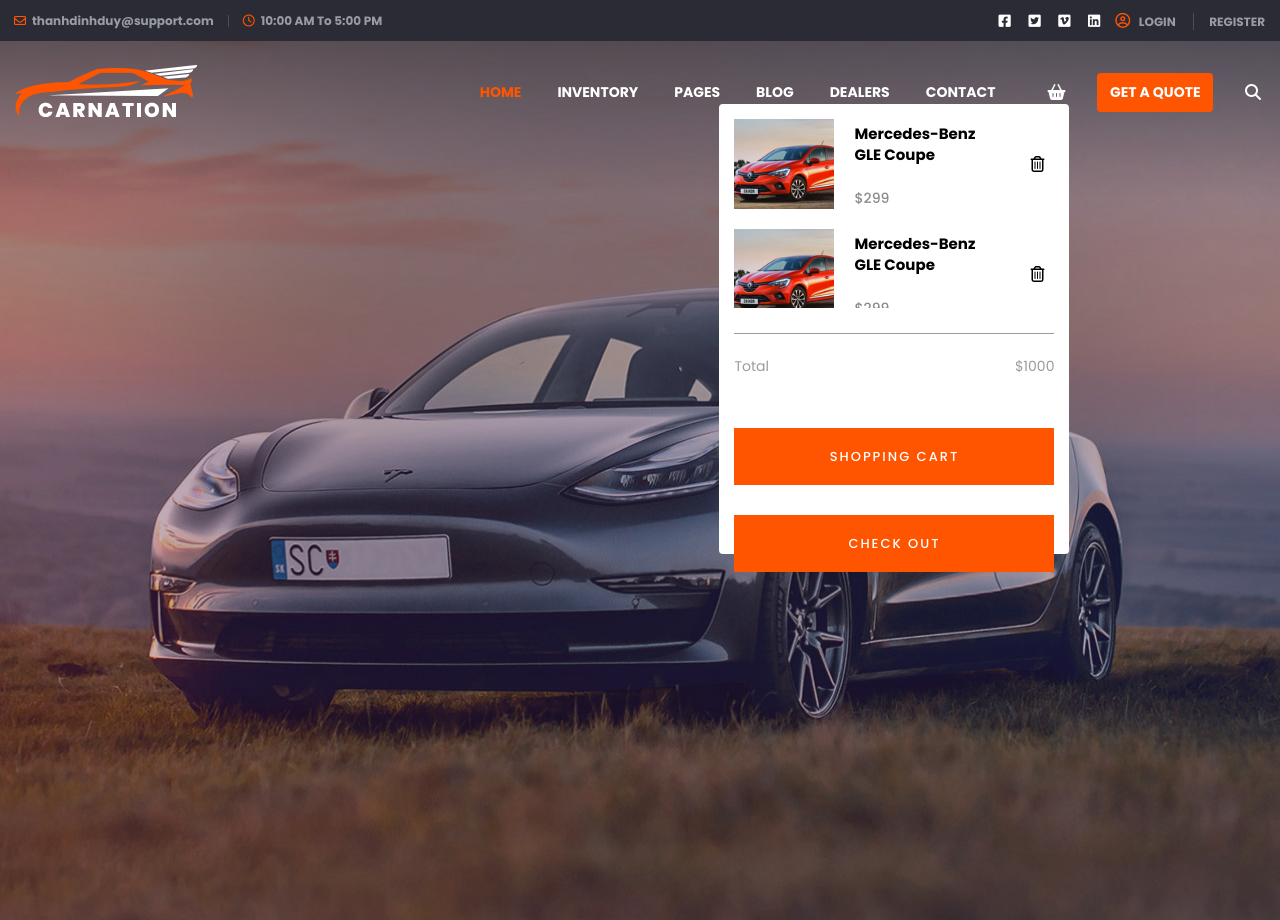
Repository: thanhdinh01/shopcar
Page: index.html
These files come from the project's save history. The page is drawn as it stood at one moment and after the next save; the edit follows.
The browser window is 1280 px wide. The pictures show the whole page.
Some web libraries are served in a nearby version. The style sheet was rebuilt from its Sass, Less or Tailwind sources for each picture, by a compiler version that may differ from the author's.

Above is the page before, as saved 2022-08-10 21:19:46.

After the next save:
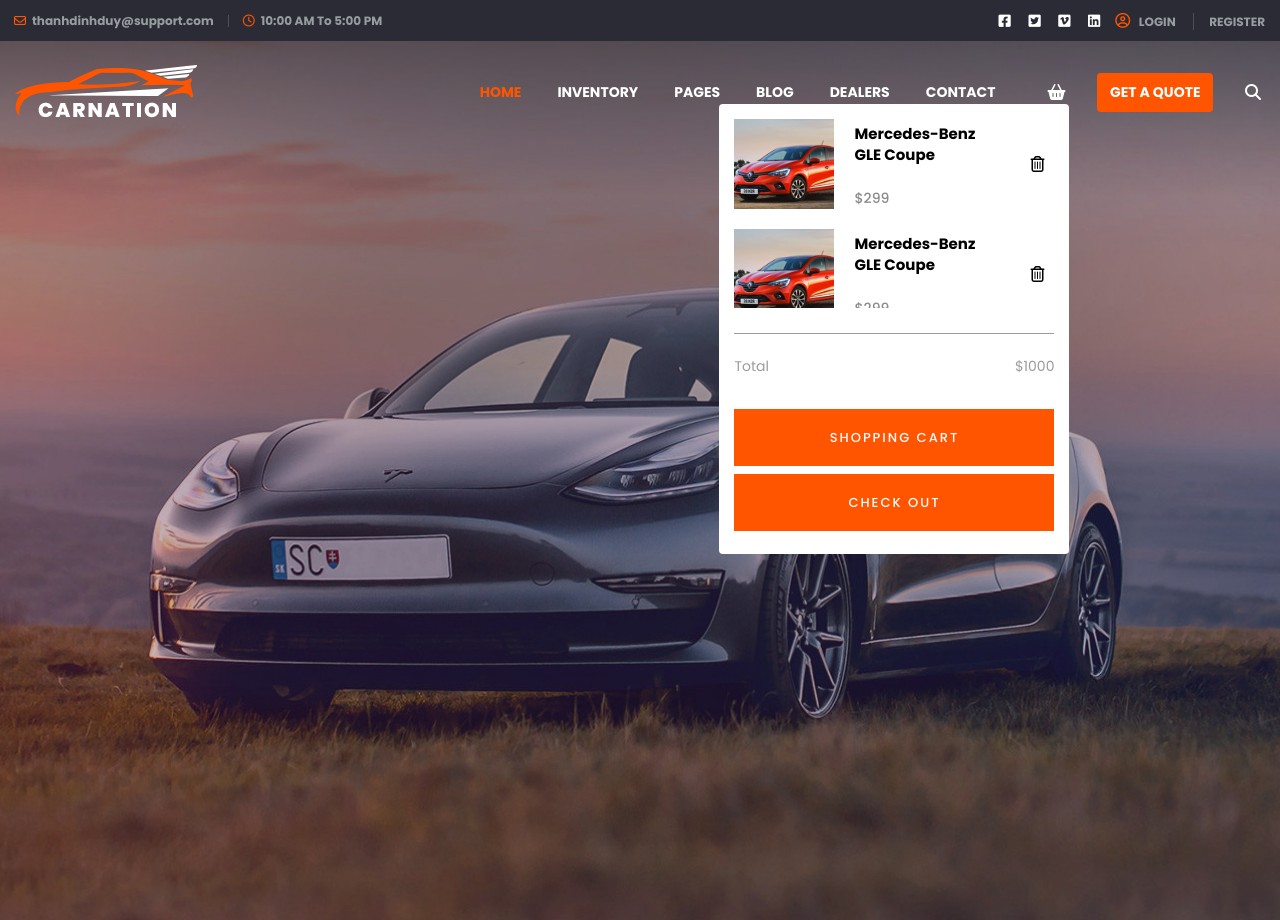
Saved 19 s later.
--- a/css/_header.scss
+++ b/css/_header.scss
@@ -236,7 +236,7 @@
                 display: block;
                 padding: 22px;
                 width: 100%;
-                margin: 30px 0;
+                margin: 8px 0;
                 font-size: 1.3rem;
                 font-weight: 500;
                 letter-spacing: 2px;
